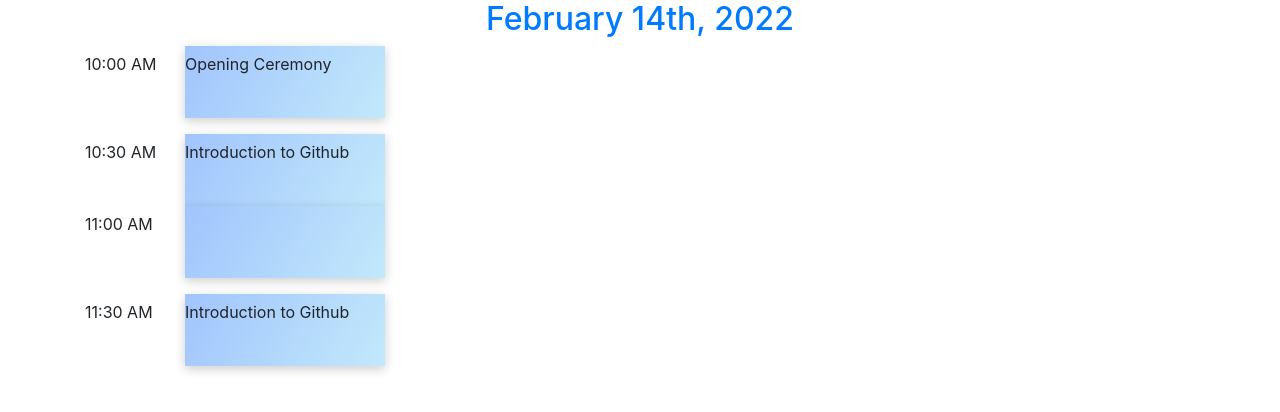
Repository: BaileyLuu/yuHacks2022
Page: public/schedule.html
An editor plug-in stored every save of this project. The page is shown before and after a run of saves, followed by the edit.
The browser window is 1280 px wide. The pictures show the whole page.
Some web libraries are served in a nearby version.

Above is the page before, as saved 2021-11-20 13:16:41.

### public/schedule.html
<!DOCTYPE html>
<html lang="en">

<head>
    <meta charset="UTF-8">
    <meta http-equiv="X-UA-Compatible" content="IE=edge">
    <meta name="viewport" content="width=device-width, initial-scale=1.0">

    <script src="https://ajax.googleapis.com/ajax/libs/jquery/3.5.1/jquery.min.js"></script>

    <!-- Popper JS -->
    <script src="https://cdnjs.cloudflare.com/ajax/libs/popper.js/1.12.9/umd/popper.min.js"
        integrity="sha384-ApNbgh9B+Y1QKtv3Rn7W3mgPxhU9K/ScQsAP7hUibX39j7fakFPskvXusvfa0b4Q"
        crossorigin="anonymous"></script>

    <!-- Latest compiled JavaScript -->
    <script src="https://maxcdn.bootstrapcdn.com/bootstrap/4.0.0/js/bootstrap.min.js"
        integrity="sha384-JZR6Spejh4U02d8jOt6vLEHfe/JQGiRRSQQxSfFWpi1MquVdAyjUar5+76PVCmYl"
        crossorigin="anonymous"></script>

    <!-- Latest compiled and minified CSS -->
    <link rel="stylesheet" href="https://maxcdn.bootstrapcdn.com/bootstrap/4.0.0/css/bootstrap.min.css"
        integrity="sha384-Gn5384xqQ1aoWXA+058RXPxPg6fy4IWvTNh0E263XmFcJlSAwiGgFAW/dAiS6JXm" crossorigin="anonymous">

    <!-- AOS CSS Library CDN -->
    <link href="https://unpkg.com/aos@2.3.1/dist/aos.css" rel="stylesheet">
    <!-- Bootstrap Icons -->
    <link rel="stylesheet" href="https://cdn.jsdelivr.net/npm/bootstrap-icons@1.7.0/font/bootstrap-icons.css">



    <script src="https://code.jquery.com/jquery-3.2.1.slim.min.js"
        integrity="sha384-KJ3o2DKtIkvYIK3UENzmM7KCkRr/rE9/Qpg6aAZGJwFDMVNA/GpGFF93hXpG5KkN"
        crossorigin="anonymous"></script>
    <link rel="stylesheet" href="./schedule.css">
    <script src="schedule.js"></script>
    <script src="https://ajax.googleapis.com/ajax/libs/jquery/3.3.1/jquery.min.js"></script>
    <title>yuHacks Schedule</title>
</head>

<body>
    <section class="">
        <div class="container">
            <h2 class="text-primary title text-center">February 14th, 2022</h1>

                <!-- <div class="row row-cols-2">
          <div class="col">Column</div>
          <div class="col">Column</div>
          <div class="col">Column</div>
          <div class="col">Column</div>
          <div class="col">Column</div>
          <div class="col">Column</div>

        </div>
        <div class="row row-cols-2">
            <div class="col">Column</div>
            <div class="col">Column</div>
            <div class="col">Column</div>
            <div class="col">Column</div>
            <div class="col">Column</div>
            <div class="col">Column</div>

          </div> -->
                <div class="schedule-table">



                    <div class="box schedule-time mb-3">
                        <div class="schedule-time" style="width: 100px;">10:00 AM</div>
                        <div class="session-box schedule-time">Opening Ceremony</div>

                    </div>
                    <div class="box schedule-time">
                        <div class="schedule-time" style="width: 100px;">10:30 AM</div>
                        <div class="session-box schedule-time">Introduction to Github</div>

                    </div>
                    <div class="box schedule-time mb-3">
                        <div class="schedule-time" style="width: 100px;">11:00 AM</div>
                        <div class="session-box schedule-time"></div>

                    </div>
                    <div class="box schedule-time">
                        <div class="schedule-time" style="width: 100px;">11:30 AM</div>
                        <div class="session-box schedule-time">Introduction to Github</div>

                    </div>

                    <!-- <div class="col-md-8">
              <div>Introduction to Github</div>
              <div></div>
              <div>Introduction to Bootstrap</div>
          </div> -->

                </div>
        </div>
    </section>

    <script src="https://cdnjs.cloudflare.com/ajax/libs/jquery/3.6.0/jquery.min.js"
        integrity="sha512-894YE6QWD5I59HgZOGReFYm4dnWc1Qt5NtvYSaNcOP+u1T9qYdvdihz0PPSiiqn/+/3e7Jo4EaG7TubfWGUrMQ=="
        crossorigin="anonymous" referrerpolicy="no-referrer"></script>
    <!-- Option 1: Bootstrap Bundle with Popper -->
    <script src="https://cdn.jsdelivr.net/npm/bootstrap@5.1.3/dist/js/bootstrap.bundle.min.js"
        integrity="sha384-ka7Sk0Gln4gmtz2MlQnikT1wXgYsOg+OMhuP+IlRH9sENBO0LRn5q+8nbTov4+1p"
        crossorigin="anonymous"></script>

    <script src="https://unpkg.com/aos@2.3.1/dist/aos.js"></script>
    <script>
        AOS.init({
            offset: 500,
            duration: 800,
            once: true,
        }

        );
    </script>
</body>

</html>

### public/schedule.css
/* body {
    background-color: #141c3c;
  } */

.schedule-time{
  display:flex;
  flex-direction: column;
  width: 200px;
  height:10vh;
  box-sizing: border-box;
  z-index: 50;
  line-height: 5vh;
  flex-wrap: wrap;
}
.session-box{
  background-image: linear-gradient(120deg, #a1c4fd 0%, #c2e9fb 100%);
  box-shadow: 0 3px 10px rgb(0 0 0 / 0.2);
  position:relative;
  flex-wrap: wrap;
}
.empty-box{
  background-image: white;
  box-shadow: 0 3px 10px rgb(0 0 0 / 0.2);
  position:relative;
  flex-wrap: wrap;
}
.schedule-table{
  display:flex;
  flex-direction:column;

}
/* .box>* {
  flex: 1 1 70px;
} */

Loaded but not shown: public/schedule.js (no copy from this time; the picture is the same without it)

After the next 3 saves:
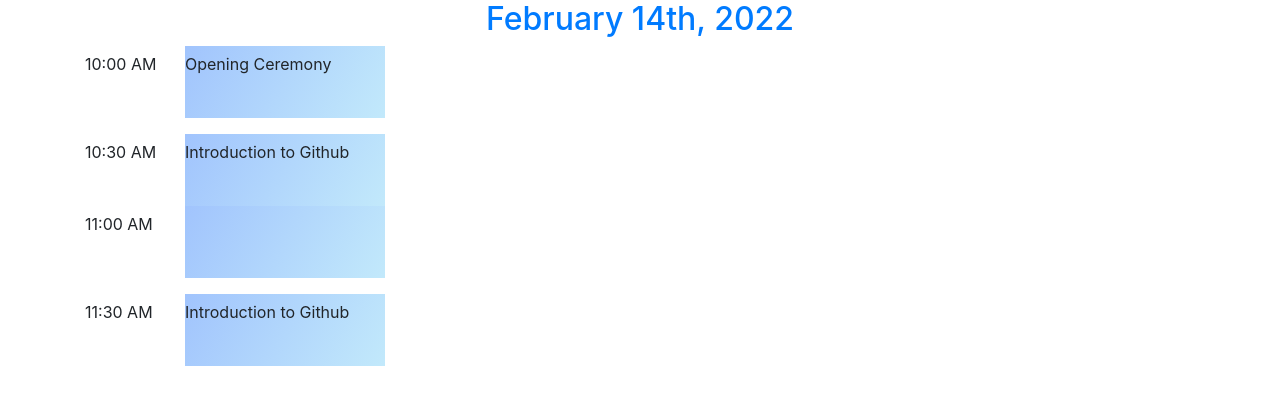
The 3 saves are shown as one change because they came seconds apart.
The last was saved 33 s later.
--- a/public/schedule.css
+++ b/public/schedule.css
@@ -14,7 +14,7 @@
 }
 .session-box{
   background-image: linear-gradient(120deg, #a1c4fd 0%, #c2e9fb 100%);
-  box-shadow: 0 3px 10px rgb(0 0 0 / 0.2);
+  /* box-shadow: 0 3px 10px rgb(0 0 0 / 0.2); */
   position:relative;
   flex-wrap: wrap;
 }

After the save that followed:
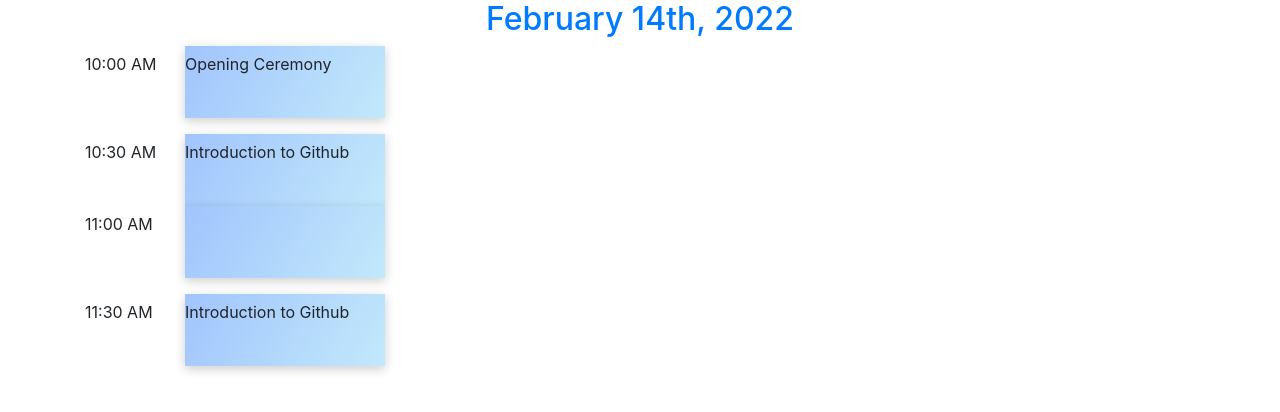
Saved 12 s later.
--- a/public/schedule.css
+++ b/public/schedule.css
@@ -14,7 +14,7 @@
 }
 .session-box{
   background-image: linear-gradient(120deg, #a1c4fd 0%, #c2e9fb 100%);
-  /* box-shadow: 0 3px 10px rgb(0 0 0 / 0.2); */
+  box-shadow: 0 3px 10px rgb(0 0 0 / 0.2);
   position:relative;
   flex-wrap: wrap;
 }
